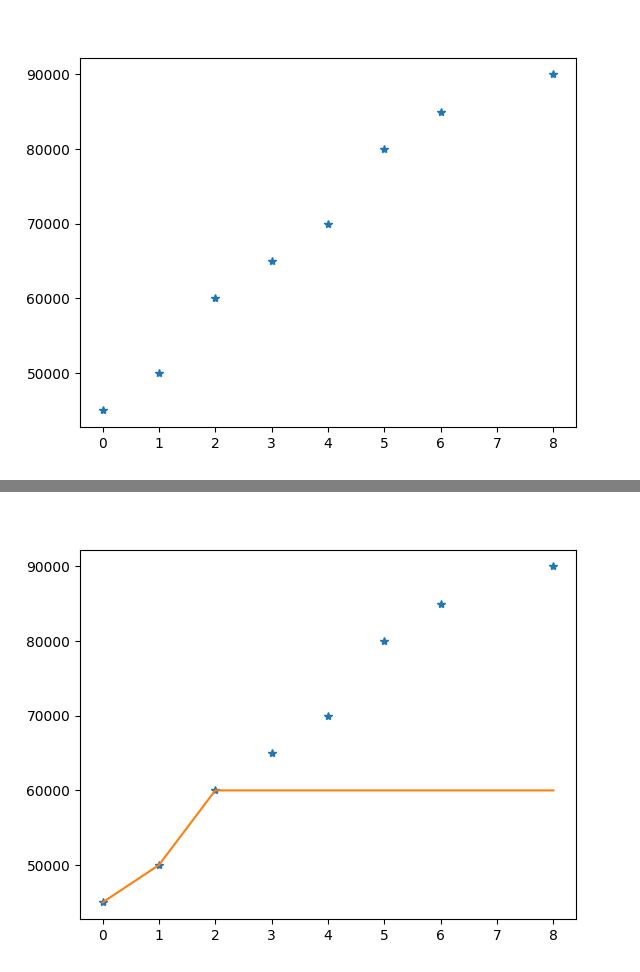
Repository: AbolfazlDargi/The-EXTENT-of-the-impact-of-rights
Script's output: python main.py
The author's editor kept a copy of each file at every save. The script's output is drawn from the files as they stood at one save, then again after a run of saves.
Each picture stacks the figures in order, with grey between them; figures that are only written to a file come last. Random numbers start from a fixed seed.

Above is the script's output before, as saved 2025-12-10 21:00:09.

### main.py
import matplotlib.pyplot as plt
import numpy as np
from sklearn.tree import DecisionTreeClassifier

years_of_experience = np.array([0,1, 2, 3, 4, 5, 6, 8]).reshape(-1,1)
years_salieser = np.array([45000, 50000, 60000, 65000, 70000, 80000, 85000, 90000])

plt.plot(years_of_experience, years_salieser, '*')
plt.show()

model = DecisionTreeClassifier(max_depth=2)
model.fit(years_of_experience, years_salieser)

y_predict = model.predict(years_of_experience)

plt.plot(years_of_experience, years_salieser, '*')
plt.plot(years_of_experience, y_predict)
plt.show()

After the next 3 saves:
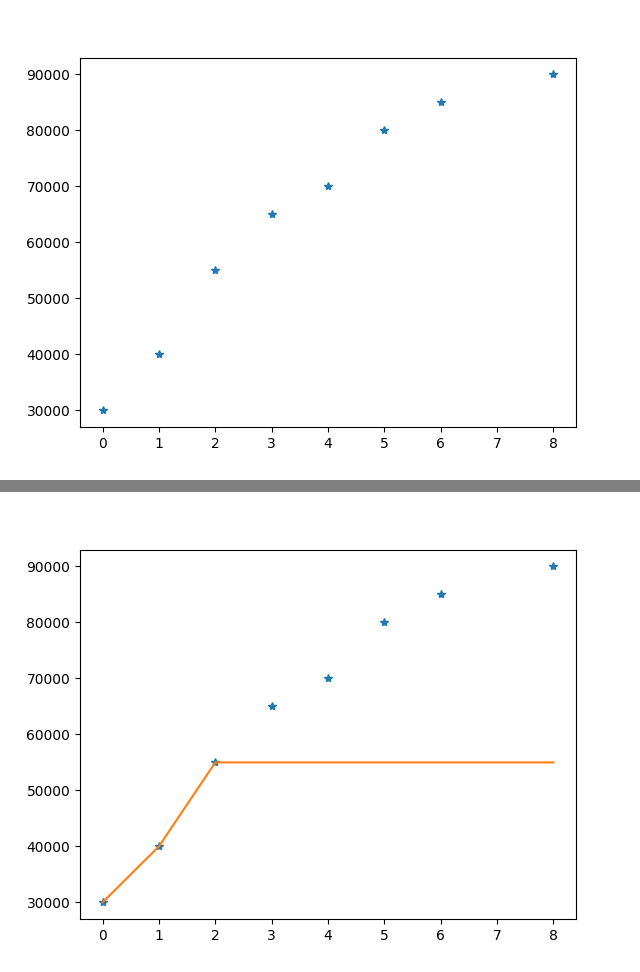
The 3 saves are shown as one change because they came seconds apart.
The last was saved 30 s later.
--- a/main.py
+++ b/main.py
@@ -3,7 +3,7 @@ import numpy as np
 from sklearn.tree import DecisionTreeClassifier
 
 years_of_experience = np.array([0,1, 2, 3, 4, 5, 6, 8]).reshape(-1,1)
-years_salieser = np.array([45000, 50000, 60000, 65000, 70000, 80000, 85000, 90000])
+years_salieser = np.array([30000, 40000, 55000, 65000, 70000, 80000, 85000, 90000])
 
 plt.plot(years_of_experience, years_salieser, '*')
 plt.show()
